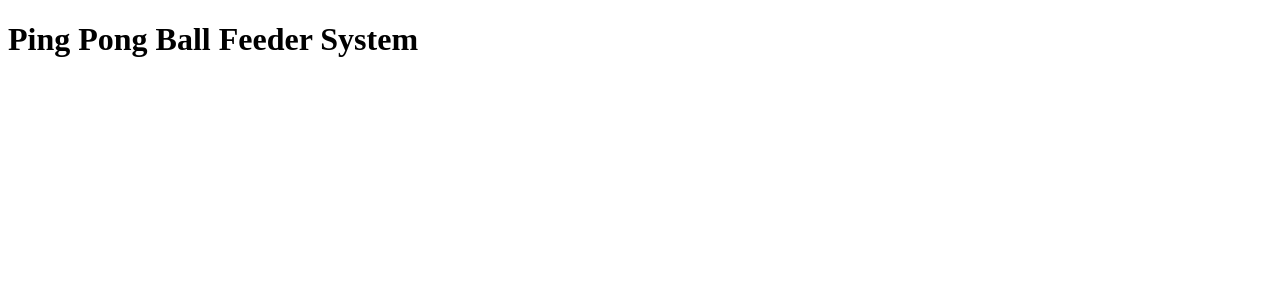
Repository: agurkmedia/pingpong
Page: / (app in frontend/)
The author's editor kept a copy of each file at every save. The page is drawn from the files as they stood at one save, then again after the next save.
The browser window is 1280 px wide. The pictures show the whole page.
The page's requests for data from a server got no answer. The project was rebuilt for these pictures with package versions that can differ from the ones it lists, and the page was loaded fresh each time. The framework's server and built-in components were replaced by stand-ins that run in the browser. No one was signed in, and anything a server would have sent is missing. Also part of the build but not shown: frontend/next.config.js.

Above is the page before, as saved 2024-09-19 08:34:00.

### frontend/app/page.tsx
import PingPongFeeder from '../components/PingPongFeeder';

export default function Home() {
  return (
    <main className="flex min-h-screen flex-col items-center justify-center p-24">
      <h1 className="text-4xl font-bold mb-8">Ping Pong Ball Feeder System</h1>
      <PingPongFeeder />
    </main>
  );
}

### frontend/components/PingPongFeeder.tsx
'use client';

import { useState, useEffect } from 'react';

export default function PingPongFeeder() {
  const [status, setStatus] = useState('Loading...');
  const [ballsRemaining, setBallsRemaining] = useState(0);

  useEffect(() => {
    fetchStatus();
  }, []);

  const fetchStatus = async () => {
    const res = await fetch('/api/proxy/feeder-status');
    const data = await res.json();
    setStatus(data.status);
    setBallsRemaining(data.balls_remaining);
  };

  const feedBall = async () => {
    const res = await fetch('/api/proxy/feed-ball', { method: 'POST' });
    const data = await res.json();
    if (data.success) {
      setBallsRemaining(prev => prev - 1);
    }
  };

  // ... (rest of the component remains unchanged)
}

After the next save:
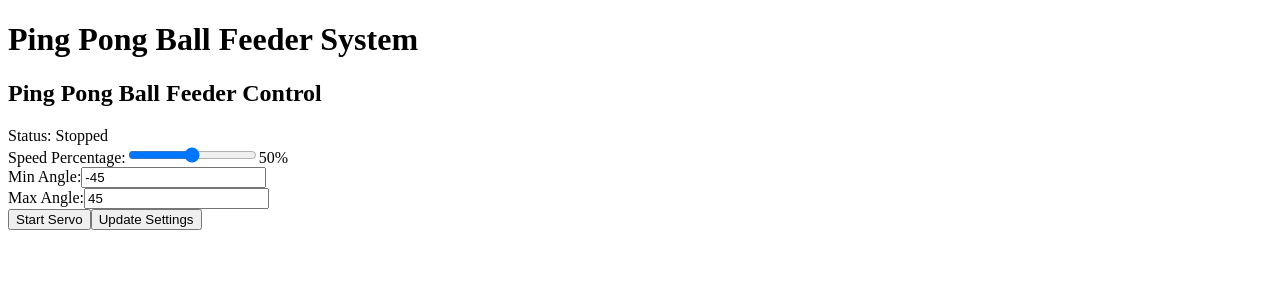
Saved 13 min 37 s later.
--- a/frontend/components/PingPongFeeder.tsx
+++ b/frontend/components/PingPongFeeder.tsx
@@ -1,29 +1,109 @@
 'use client';
 
-import { useState, useEffect } from 'react';
+import React, { useState, useEffect } from 'react';
 
 export default function PingPongFeeder() {
-  const [status, setStatus] = useState('Loading...');
-  const [ballsRemaining, setBallsRemaining] = useState(0);
+  const [status, setStatus] = useState('Stopped');
+  const [speedPercentage, setSpeedPercentage] = useState(50);
+  const [minAngle, setMinAngle] = useState(-45);
+  const [maxAngle, setMaxAngle] = useState(45);
+  const [isRunning, setIsRunning] = useState(false);
 
   useEffect(() => {
     fetchStatus();
   }, []);
 
   const fetchStatus = async () => {
-    const res = await fetch('/api/proxy/feeder-status');
-    const data = await res.json();
-    setStatus(data.status);
-    setBallsRemaining(data.balls_remaining);
-  };
-
-  const feedBall = async () => {
-    const res = await fetch('/api/proxy/feed-ball', { method: 'POST' });
-    const data = await res.json();
-    if (data.success) {
-      setBallsRemaining(prev => prev - 1);
+    try {
+      const res = await fetch('/api/servo_status');
+      const data = await res.json();
+      setStatus(data.start ? 'Running' : 'Stopped');
+      setSpeedPercentage(data.speed_percentage);
+      setMinAngle(data.min_angle);
+      setMaxAngle(data.max_angle);
+      setIsRunning(data.start);
+    } catch (error) {
+      console.error('Error fetching servo status:', error);
     }
   };
 
-  // ... (rest of the component remains unchanged)
+  const updateServo = async () => {
+    try {
+      const res = await fetch('/api/control_servo', {
+        method: 'POST',
+        headers: {
+          'Content-Type': 'application/json',
+        },
+        body: JSON.stringify({
+          start: isRunning,
+          speed_percentage: speedPercentage,
+          min_angle: minAngle,
+          max_angle: maxAngle,
+        }),
+      });
+      const data = await res.json();
+      console.log(data.message);
+      fetchStatus();
+    } catch (error) {
+      console.error('Error updating servo:', error);
+    }
+  };
+
+  const toggleServo = () => {
+    setIsRunning(!isRunning);
+    updateServo();
+  };
+
+  return (
+    <div className="bg-green-100 p-8 rounded-lg shadow-lg">
+      <h2 className="text-2xl font-bold mb-4">Ping Pong Ball Feeder Control</h2>
+      <div className="mb-4">
+        <span className="font-bold">Status:</span> {status}
+      </div>
+      <div className="mb-4">
+        <label className="block mb-2">Speed Percentage:</label>
+        <input
+          type="range"
+          min="0"
+          max="100"
+          value={speedPercentage}
+          onChange={(e) => setSpeedPercentage(Number(e.target.value))}
+          className="w-full"
+        />
+        <span>{speedPercentage}%</span>
+      </div>
+      <div className="mb-4">
+        <label className="block mb-2">Min Angle:</label>
+        <input
+          type="number"
+          value={minAngle}
+          onChange={(e) => setMinAngle(Number(e.target.value))}
+          className="w-full p-2 border rounded"
+        />
+      </div>
+      <div className="mb-4">
+        <label className="block mb-2">Max Angle:</label>
+        <input
+          type="number"
+          value={maxAngle}
+          onChange={(e) => setMaxAngle(Number(e.target.value))}
+          className="w-full p-2 border rounded"
+        />
+      </div>
+      <button
+        onClick={toggleServo}
+        className={`${
+          isRunning ? 'bg-red-500 hover:bg-red-700' : 'bg-green-500 hover:bg-green-700'
+        } text-white font-bold py-2 px-4 rounded`}
+      >
+        {isRunning ? 'Stop' : 'Start'} Servo
+      </button>
+      <button
+        onClick={updateServo}
+        className="bg-blue-500 hover:bg-blue-700 text-white font-bold py-2 px-4 rounded ml-4"
+      >
+        Update Settings
+      </button>
+    </div>
+  );
 }
